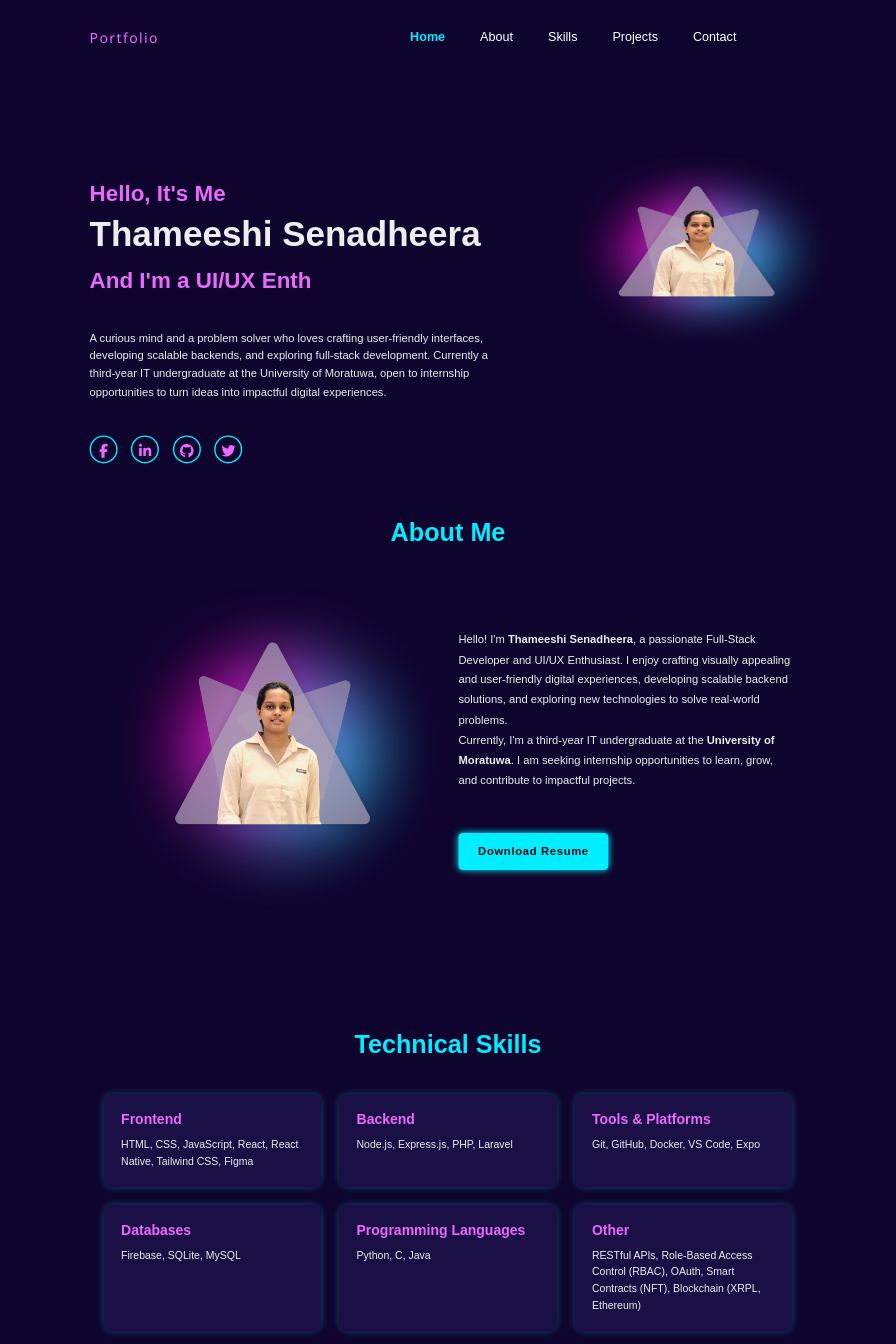
Repository: Thameeshi/portfolio-website
Page: http://localhost/
An editor plug-in stored every save of this project. The page is shown before and after the next save, followed by the edit.
The browser window is 1280 px wide. The pictures show the part of the page from y = 0 to 1920 px (the page is 3616 px tall), at 70% of full size.
Some web libraries are served in a nearby version. The page is served by the project's Node server (server.js).

Above is the page before, as saved 2025-09-10 11:03:58.

### public/css/style.css
/* Reset */
* {
    margin: 0;
    padding: 0;
    box-sizing: border-box;
    font-family: 'Poppins', sans-serif;
}

/* Body */
body {
    background: #0F042D;
    color: #ededed;
    scroll-behavior: smooth;
    overflow-x: hidden;
}

/* Header */
.header {
    position: fixed;
    top: 0;
    left: 0;
    width: 100%;
    padding: 40px 10%;
    display: flex;
    justify-content: space-between;
    align-items: center;
    z-index: 100;
    transition: background 0.3s ease-in-out;
}

.logo {
    font-size: 20px;
    color: #E96AFD;
    text-decoration: none;
    font-weight: 550;
    letter-spacing: 2px;
    font-family: 'Segoe UI', Tahoma, Geneva, Verdana, sans-serif;
    transition: transform 0.3s ease;
}
.logo:hover { transform: scale(1.1) rotate(-3deg); }

.navbar {
    display: flex;
    align-items: center;
    margin-right: 100px;
}
.navbar a {
    display: inline-block;
    font-size: 18px;
    color: #fff;
    text-decoration: none;
    font-weight: 500;
    margin-left: 50px;
    position: relative;
    transition: color 0.3s ease;
}
.navbar a::after {
    content: '';
    position: absolute;
    left: 0;
    bottom: -5px;
    width: 0;
    height: 2px;
    background: #0ef;
    transition: width 0.3s;
}
.navbar a:hover { color: #0ef; }
.navbar a:hover::after { width: 100%; }
.navbar a.active { color: #0ef; font-weight: 700; }

/* Home Section */
.home {
    display: flex;
    align-items: center;
    justify-content: space-between;
    padding: 50px 10%;
    height: 100vh;
    gap: 50px;
}

.home-content {
    flex: 1;
    max-width: 600px;
    animation: fadeIn 2s ease-in-out;
    margin-top: 200px;
}
.home-content h3 { font-size: 32px; font-weight: 700; color: #E96AFD; margin-bottom: 10px; animation: slideInLeft 1s ease; }
.home-content h1 { font-size: 50px; font-weight: 800; margin-bottom: 20px; animation: slideInRight 1.2s ease; }
.home-content p { line-height: 1.6; font-size: 16px; margin-bottom: 25px; margin-top:50px;animation: fadeInUp 1.5s ease; }

.btn-box {
    display: inline-block;
    padding: 12px 28px;
    background: #0ef;
    border-radius: 6px;
    font-size: 16px;
    color: #0a0a0a;
    font-weight: 600;
    letter-spacing: 1px;
    text-decoration: none;
    transition: 0.3s;
    box-shadow: 0 0 10px #0ef;
}
.btn-box:hover {
    background: #0c9;
    box-shadow: 0 0 20px #0ef, 0 0 40px #0ef;
    transform: scale(1.05);
}

/* Social Links */
.home-sci { margin-top: 50px; }
.home-sci a {
    display: inline-block;
    width: 40px;
    height: 40px;
    border: 2px solid #0ef;
    border-radius: 50%;
    font-size: 20px;
    color: #E96AFD;
    text-align: center;
    line-height: 40px;
    margin-right: 15px;
    transition: 0.4s;
}
.home-sci a:hover {
    background: #E96AFD;
    color: #0a0a0a;
    box-shadow: 0 0 20px #E96AFD;
}

/* Image next to home-content */
.image {
    flex: 1;
    max-width: 400px;
    animation: float 3s ease-in-out infinite;
}
.image img {
    width: 500%;
    height: 300px;
    margin-left: 50px;
}

/* Float animation */
@keyframes float {
    0%, 100% { transform: translateY(0); }
    50% { transform: translateY(-10px); }
}

/* About Section */
.about {
    padding: 70px 10%;
    color: #ededed;
    margin-top: -100px;
}
.about h2 { font-size: 36px; font-weight: 700; color: #0ef; margin-bottom: 40px; text-align: center; margin-top: 100px; }

.download { margin-top: 40px; }

.about-content {
    display: flex;
    align-items: center;
    justify-content: space-between;
    flex-wrap: wrap;
    gap: 30px;
    flex-direction: row-reverse;
}
.container { max-width: 1200px; margin: 0 auto; padding: 0 20px; margin-top: -50px; }
.about-text { flex: 1; min-width: 300px; font-size: 16px; line-height: 1.8; }
.about-text .btn-box { margin-top: 20px; }
.about-image { flex: 1; min-width: 400px; text-align: center; }
.about-image img { max-width: 500px; border-radius: 10px; }

/* Skills Section */
.skills {
    padding: 80px 10%;
    margin-top: 50px;
}
.skills h2 {
    font-size: 36px;
    font-weight: 700;
    color: #0ef;
    margin-bottom: 50px;
    text-align: center;
}
.skills-grid {
    display: grid;
    grid-template-columns: repeat(auto-fit, minmax(250px, 1fr));
    gap: 25px;
}
.skill-card {
    background: #1b1045;
    padding: 25px;
    border-radius: 12px;
    box-shadow: 0 0 10px rgba(14, 239, 255, 0.3);
    transition: transform 0.3s ease, box-shadow 0.3s ease;
}
.skill-card:hover {
    transform: translateY(-8px);
    box-shadow: 0 0 20px #0ef;
}
.skill-card h3 {
    font-size: 20px;
    color: #E96AFD;
    margin-bottom: 12px;
}
.skill-card p {
    font-size: 15px;
    line-height: 1.6;
    color: #ededed;
}

/* Projects Section */
.projects {
    padding: 80px 10%;
    margin-top: 50px;
}

.projects h2 {
    font-size: 36px;
    font-weight: 700;
    color: #0ef;
    margin-bottom: 50px;
    text-align: center;
}

.project-showcase {
    display: flex;
    justify-content: center;
    max-width: 1000px;
    margin: 0 auto;
}

.project-card {
    background: #1b1045;
    border-radius: 20px;
    overflow: hidden;
    box-shadow: 0 0 30px rgba(14, 239, 255, 0.2);
    transition: transform 0.3s ease, box-shadow 0.3s ease;
    width: 100%;
    display: flex;
    min-height: 500px;
}

.project-card:hover {
    transform: translateY(-5px);
    box-shadow: 0 0 40px rgba(14, 239, 255, 0.4);
}

.project-image-container {
    position: relative;
    flex: 1;
    overflow: hidden;
}

.project-images {
    position: relative;
    height: 100%;
    width: 100%;
}

.project-img {
    position: absolute;
    top: 0;
    left: 0;
    width: 100%;
    height: 100%;
    object-fit: cover;
    opacity: 0;
    transition: opacity 0.5s ease-in-out;
}

.project-img.active {
    opacity: 1;
}

.image-nav {
    position: absolute;
    bottom: 20px;
    left: 50%;
    transform: translateX(-50%);
    display: flex;
    gap: 10px;
    z-index: 3;
}

.nav-dot {
    width: 12px;
    height: 12px;
    border-radius: 50%;
    border: 2px solid rgba(255, 255, 255, 0.6);
    background: transparent;
    cursor: pointer;
    transition: all 0.3s ease;
}

.nav-dot:hover,
.nav-dot.active {
    background: #0ef;
    border-color: #0ef;
    transform: scale(1.2);
}

.project-overlay {
    position: absolute;
    top: 0;
    left: 0;
    right: 0;
    bottom: 0;
    background: linear-gradient(135deg, rgba(14, 239, 255, 0.8), rgba(233, 106, 253, 0.8));
    display: flex;
    align-items: center;
    justify-content: center;
    opacity: 0;
    transition: opacity 0.3s ease;
    z-index: 2;
}

.project-card:hover .project-overlay {
    opacity: 1;
}

.project-links {
    display: flex;
    gap: 20px;
}

.project-link {
    width: 60px;
    height: 60px;
    background: rgba(255, 255, 255, 0.2);
    border-radius: 50%;
    display: flex;
    align-items: center;
    justify-content: center;
    color: #fff;
    font-size: 24px;
    text-decoration: none;
    backdrop-filter: blur(10px);
    border: 2px solid rgba(255, 255, 255, 0.3);
    transition: all 0.3s ease;
}

.project-link:hover {
    background: rgba(255, 255, 255, 0.3);
    transform: scale(1.1);
    border-color: rgba(255, 255, 255, 0.6);
}

.project-info {
    flex: 1;
    padding: 40px;
    display: flex;
    flex-direction: column;
    justify-content: center;
}

.project-info h3 {
    font-size: 28px;
    color: #E96AFD;
    margin-bottom: 20px;
    font-weight: 700;
}

.project-info p {
    font-size: 16px;
    line-height: 1.7;
    color: #ededed;
    margin-bottom: 25px;
}

.project-features {
    display: grid;
    grid-template-columns: 1fr 1fr;
    gap: 15px;
    margin-bottom: 25px;
}

.feature {
    display: flex;
    align-items: center;
    gap: 8px;
    font-size: 14px;
    color: #ededed;
}

.feature i {
    color: #0ef;
    font-size: 16px;
}

.project-tech {
    display: flex;
    flex-wrap: wrap;
    gap: 10px;
}

.project-tech span {
    background: linear-gradient(135deg, #0ef, #E96AFD);
    color: #0a0a0a;
    padding: 8px 16px;
    border-radius: 25px;
    font-size: 13px;
    font-weight: 600;
    letter-spacing: 0.5px;
}

/* Responsive */
@media (max-width: 768px) {
    .projects {
        padding: 60px 5%;
    }

    .project-card {
        flex-direction: column;
        min-height: auto;
    }

    .project-image-container {
        height: 300px;
    }

    .project-info {
        padding: 30px 25px;
    }

    .project-info h3 {
        font-size: 24px;
    }

    .project-info p {
        font-size: 15px;
    }

    .project-features {
        grid-template-columns: 1fr;
        gap: 10px;
    }

    .project-links {
        gap: 15px;
    }

    .project-link {
        width: 50px;
        height: 50px;
        font-size: 20px;
    }
}

/* Add these styles to your existing stylesheet.css file */

/* Contact Section */
.contact {
    padding: 80px 10%;
    margin-top: 50px;
}

.contact h2 {
    font-size: 36px;
    font-weight: 700;
    color: #0ef;
    margin-bottom: 20px;
    text-align: center;
}

.contact > p {
    text-align: center;
    font-size: 18px;
    color: #ededed;
    margin-bottom: 50px;
    opacity: 0.8;
}

.contact-content {
    display: grid;
    grid-template-columns: 1fr 1fr;
    gap: 60px;
    max-width: 1200px;
    margin: 0 auto;
    align-items: start;
}

.contact-info {
    display: flex;
    flex-direction: column;
    gap: 30px;
}

.contact-item {
    background: #1b1045;
    padding: 25px;
    border-radius: 15px;
    text-align: center;
    transition: transform 0.3s ease, box-shadow 0.3s ease;
    border: 1px solid rgba(14, 239, 255, 0.1);
}

.contact-item:hover {
    transform: translateY(-5px);
    box-shadow: 0 10px 30px rgba(14, 239, 255, 0.2);
}

.contact-item i {
    font-size: 28px;
    color: #0ef;
    margin-bottom: 15px;
}

.contact-item h3 {
    font-size: 20px;
    color: #E96AFD;
    margin-bottom: 10px;
    font-weight: 600;
}

.contact-item p {
    color: #ededed;
    font-size: 16px;
}

.contact-form {
    background: #1b1045;
    padding: 40px;
    border-radius: 20px;
    box-shadow: 0 0 20px rgba(14, 239, 255, 0.1);
    border: 1px solid rgba(14, 239, 255, 0.1);
}

.form-group {
    margin-bottom: 25px;
}

.form-group input,
.form-group textarea {
    width: 100%;
    padding: 15px 20px;
    background: rgba(15, 4, 45, 0.8);
    border: 2px solid rgba(14, 239, 255, 0.2);
    border-radius: 10px;
    color: #ededed;
    font-size: 16px;
    font-family: 'Poppins', sans-serif;
    transition: all 0.3s ease;
    resize: vertical;
}

.form-group input:focus,
.form-group textarea:focus {
    outline: none;
    border-color: #0ef;
    box-shadow: 0 0 0 3px rgba(14, 239, 255, 0.1);
    transform: translateY(-2px);
}

.form-group input::placeholder,
.form-group textarea::placeholder {
    color: rgba(237, 237, 237, 0.6);
}

.form-group textarea {
    min-height: 120px;
    max-height: 200px;
}

.contact-form .btn-box {
    width: 100%;
    padding: 15px;
    font-size: 18px;
    margin-top: 10px;
    position: relative;
    overflow: hidden;
}

.contact-form .btn-box:hover {
    transform: translateY(-2px);
}

.contact-form .btn-box:active {
    transform: translateY(0);
}

/* Footer */
.footer {
    background: #1b1045;
    padding: 30px 10%;
    text-align: center;
    margin-top: 50px;
    border-top: 1px solid rgba(14, 239, 255, 0.1);
}

.footer p {
    color: #ededed;
    font-size: 14px;
    opacity: 0.8;
}

/* Enhanced responsive design */
@media (max-width: 768px) {
    .contact {
        padding: 60px 5%;
    }

    .contact-content {
        grid-template-columns: 1fr;
        gap: 40px;
    }

    .contact-form {
        padding: 25px 20px;
    }

    .form-group input,
    .form-group textarea {
        padding: 12px 15px;
        font-size: 14px;
    }

    .contact h2 {
        font-size: 28px;
    }

    .contact > p {
        font-size: 16px;
    }

    .contact-item {
        padding: 20px;
    }

    .contact-item i {
        font-size: 24px;
    }

    .contact-item h3 {
        font-size: 18px;
    }
}

@media (max-width: 480px) {
    .contact-form {
        padding: 20px 15px;
    }

    .form-group {
        margin-bottom: 20px;
    }

    .contact-info {
        gap: 20px;
    }

    .contact-item {
        padding: 15px;
    }
}

/* Additional animations */
@keyframes slideInLeft {
    from {
        transform: translateX(-50px);
        opacity: 0;
    }
    to {
        transform: translateX(0);
        opacity: 1;
    }
}

@keyframes slideInRight {
    from {
        transform: translateX(50px);
        opacity: 0;
    }
    to {
        transform: translateX(0);
        opacity: 1;
    }
}

/* Performance optimizations */
* {
    box-sizing: border-box;
}

img {
    max-width: 100%;
    height: auto;
}

/* Smooth transitions for better UX */
a, button {
    transition: all 0.3s ease;
}

/* Focus styles for accessibility */
a:focus,
button:focus,
input:focus,
textarea:focus {
    outline: 2px solid #0ef;
    outline-offset: 2px;
}

/* High contrast mode support */
@media (prefers-contrast: high) {
    .skill-card,
    .project-card,
    .contact-item,
    .contact-form {
        border: 2px solid #0ef;
    }
}

/* Reduced motion support */
@media (prefers-reduced-motion: reduce) {
    *,
    *::before,
    *::after {
        animation-duration: 0.01ms !important;
        animation-iteration-count: 1 !important;
        transition-duration: 0.01ms !important;
    }
}

/* Print styles */
@media print {
    .header,
    .contact-form,
    .project-overlay,
    .hamburger {
        display: none !important;
    }

    body {
        background: white !important;
        color: black !important;
    }

    .home,
    .about,
    .skills,
    .projects {
        page-break-inside: avoid;
        margin-bottom: 20px;
    }
}

/* Keyframe Animations */
@keyframes fadeIn { from { opacity: 0; } to { opacity: 1; } }
@keyframes slideInLeft { from { transform: translateX(-50px); opacity: 0; } to { transform: translateX(0); opacity: 1; } }
@keyframes slideInRight { from { transform: translateX(50px); opacity: 0; } to { transform: translateX(0); opacity: 1; } }
@keyframes fadeInUp { from { transform: translateY(30px); opacity: 0; } to { transform: translateY(0); opacity: 1; } }

/* Responsive */
@media (max-width: 768px) {
    .home {
        flex-direction: column;
        text-align: center;
        padding: 100px 5% 0;
        gap: 30px;
    }
    .home-content h1 { font-size: 36px; }
    .home-content h3 { font-size: 24px; }
    .image { max-width: 200px; margin-top: 20px; }
    .about-content { flex-direction: column; text-align: center; }
    .about-image img { max-width: 200px; margin-top: 20px; }
    .navbar a { margin-left: 20px; font-size: 16px; }
    .header { padding: 15px 5%; }
}

Loaded but not shown: public/js/main.js (628 lines, source omitted); server.js (274 lines, source omitted); views/index.ejs (352 lines, source omitted)

After the next save:
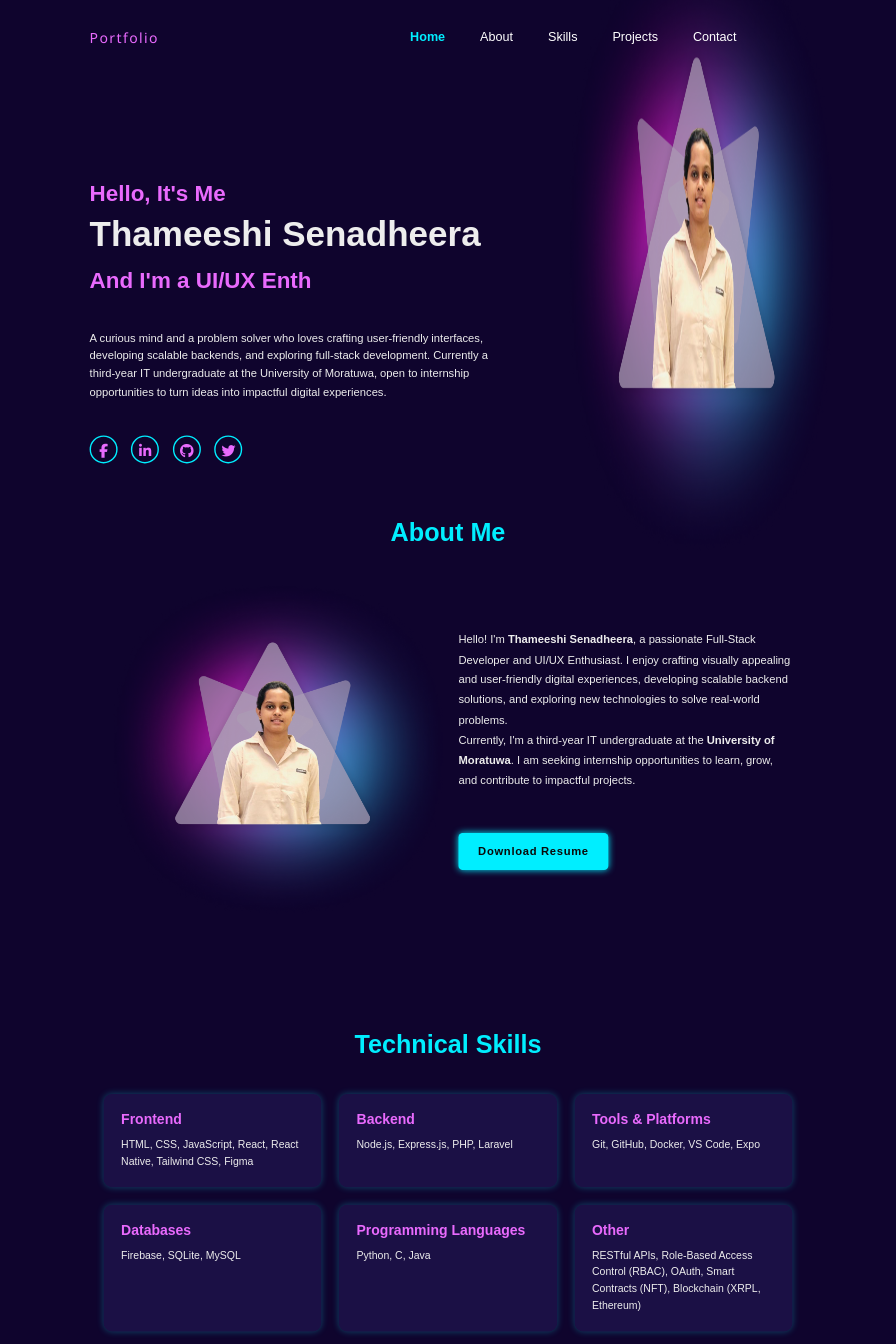
Saved 12 s later.
--- a/public/css/style.css
+++ b/public/css/style.css
@@ -136,7 +136,7 @@ body {
 }
 .image img {
     width: 500%;
-    height: 300px;
+    height: 900px;
     margin-left: 50px;
 }
 
